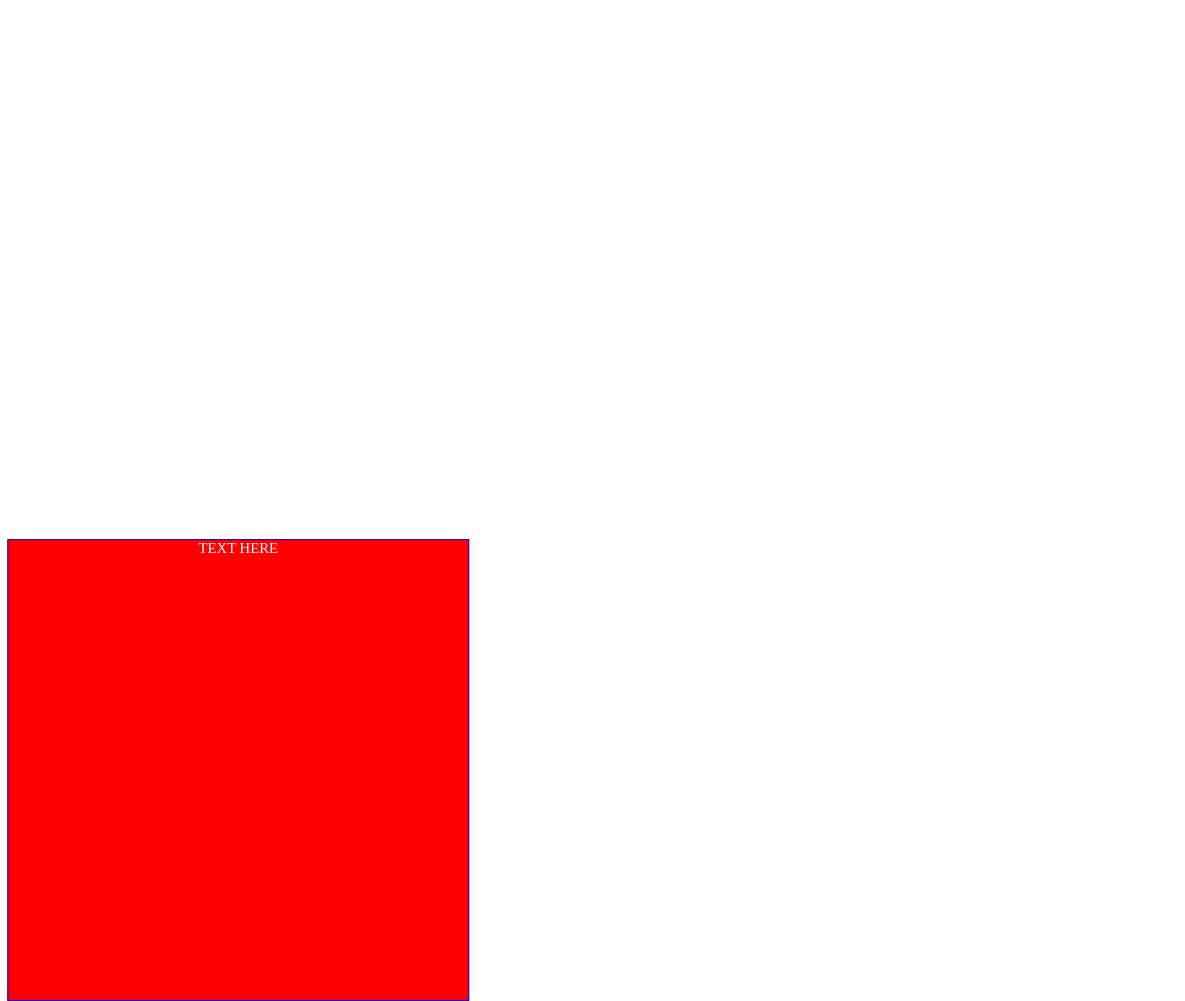
Repository: piyushiso/piyushiso.github.io
Page: random/daynight/index.html
The author's editor kept a copy of each file at every save. The page is drawn from the files as they stood at one save, then again after a run of saves.
The browser window is 1280 px wide. The page is 1288 px wide, so the pictures cover 1288 px, including what lies to the right of the window. The pictures show the whole page, at 92% of full size.

Above is the page before, as saved 2022-05-23 16:05:38.

### random/daynight/index.html
<html lang="en">
<head>
    <meta charset="UTF-8">
    <meta http-equiv="X-UA-Compatible" content="IE=edge">
    <meta name="viewport" content="width=device-width, initial-scale=1.0">
    <link href="styles/style.css" rel="stylesheet" />
    <title>Document</title>
</head>
<body>
    <div>
        TEXT HERE
    </div>
</body>
</html>

### random/daynight/styles/style.css
body{
    height: 100%;
    width: 100%;
    overflow: hidden;
    position: relative;
    top: 0;
    left: 0;
}

body div{
    background: red;
    height: 500px;
    width: 500px;
    border: solid thin blue;
    position: absolute;
    bottom: -50%;
    text-align: center;
    color: white;
}

After the next 3 saves:
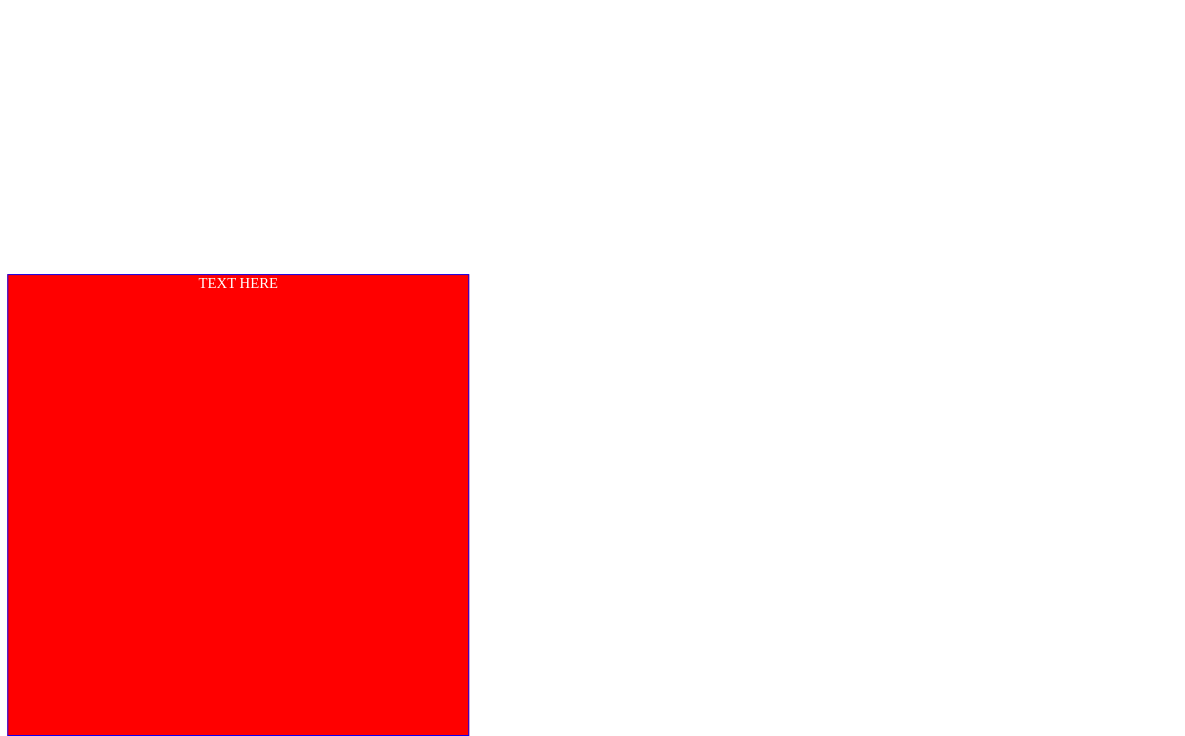
The 3 saves are shown as one change because they came seconds apart.
The last was saved 10 s later.
--- a/random/daynight/styles/style.css
+++ b/random/daynight/styles/style.css
@@ -13,7 +13,7 @@
     width: 500px;
     border: solid thin blue;
     position: absolute;
-    bottom: -50%;
+    bottom: -10%;
     text-align: center;
     color: white;
 }
